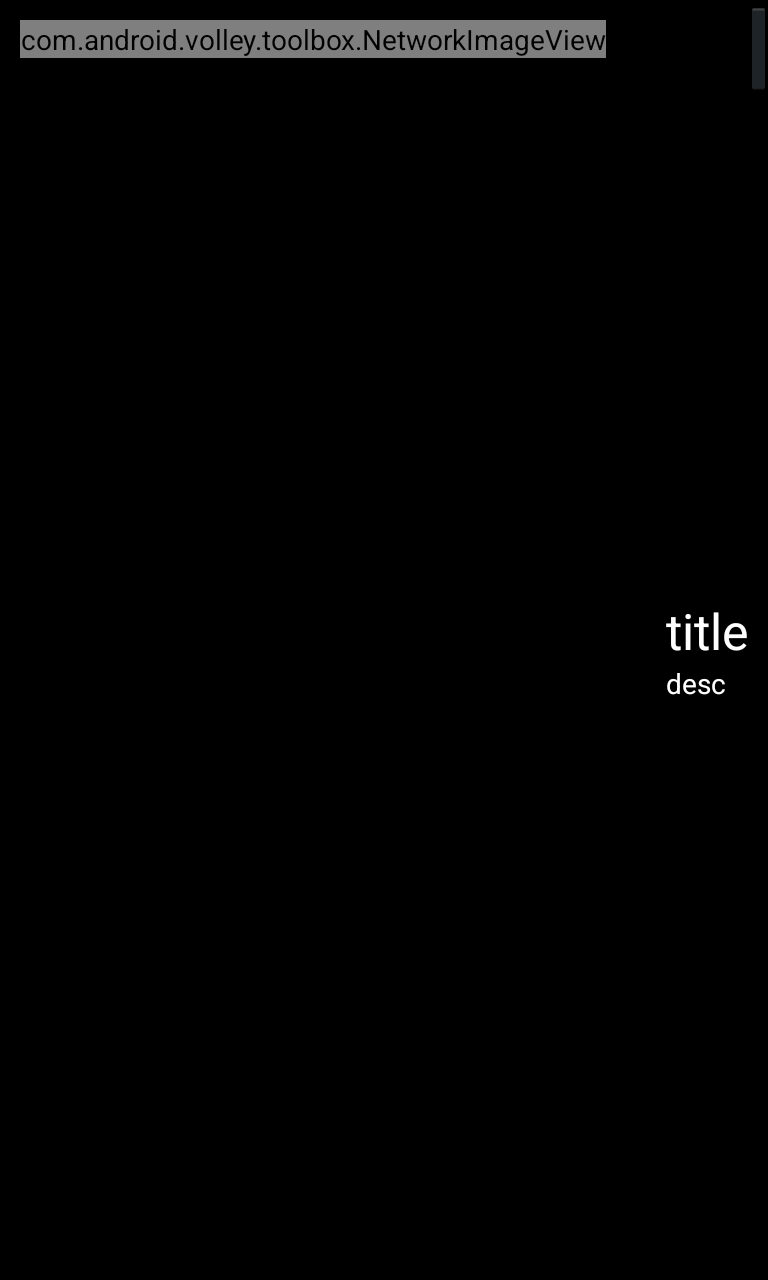
Repository: cnevinc/togather
Layout: GeorgeMe/res/layout/list_item_shop.xml
The author's editor kept a copy of each file at every save. The layout is drawn from the files as they stood at one save, then again after the next save.
Pictures or frames that could not be fetched are drawn as grey boxes. It is drawn on a 768 x 1280 px phone screen (xhdpi) without system bars, with theme android:Theme.Holo; the app's code is not run.

Above is the layout before, as saved 2014-07-26 16:32:52.

After the next save:
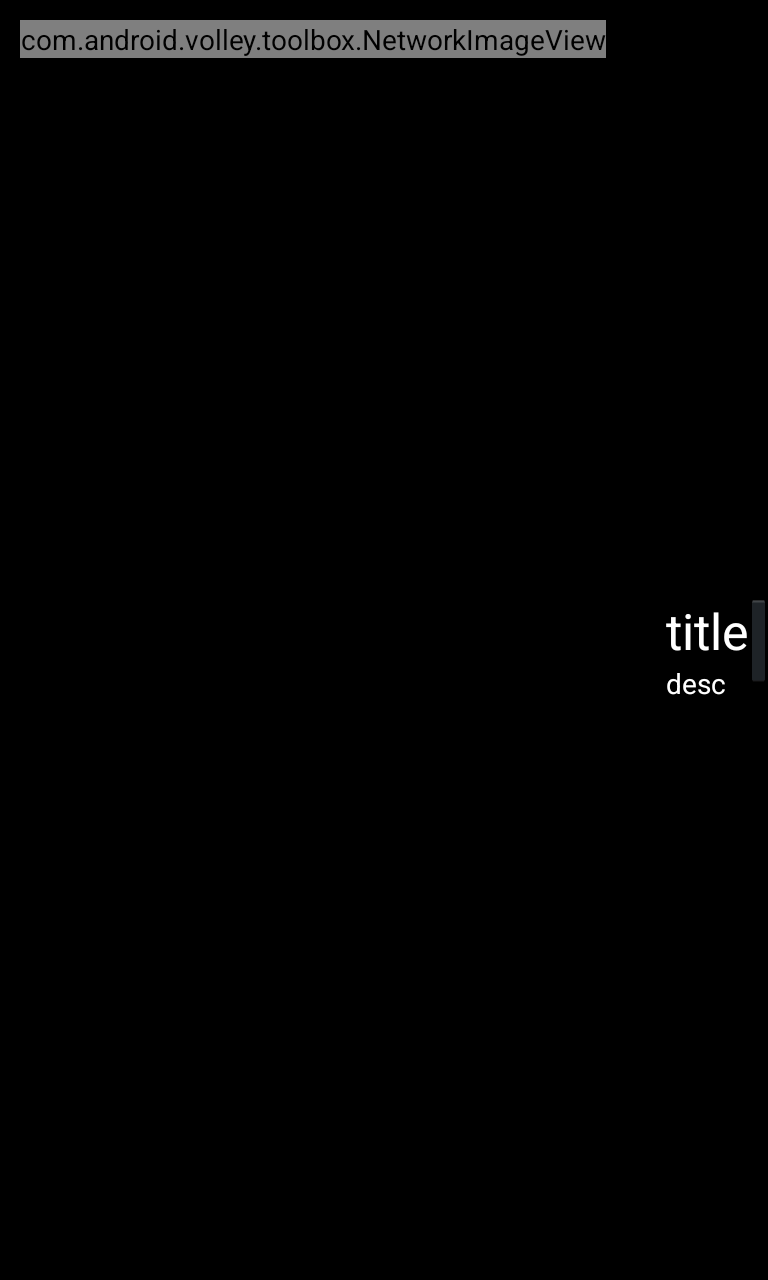
Saved 28 s later.
--- a/GeorgeMe/res/layout/list_item_shop.xml
+++ b/GeorgeMe/res/layout/list_item_shop.xml
@@ -15,14 +15,15 @@
             android:layout_height="wrap_content"
             android:layout_centerInParent="true"
             android:text="Name"
-            android:textSize="20sp"
-            android:textColor="#ffffff" />
+            android:textColor="#ffffff"
+            android:textSize="20sp" />
+
         <Button
             android:id="@+id/other_acgtion"
-            android:layout_toRightOf="@+id/other_info"
             android:layout_width="wrap_content"
             android:layout_height="wrap_content"
-        ></Button>
+            android:layout_toRightOf="@+id/other_info" >
+        </Button>
     </RelativeLayout>
 
     <RelativeLayout
@@ -62,9 +63,9 @@
                 android:layout_height="wrap_content"
                 android:layout_marginLeft="10dp"
                 android:layout_marginTop="10dp"
-                android:textSize="25sp"
                 android:text="title"
-                android:textColor="#ffffff" />
+                android:textColor="#ffffff"
+                android:textSize="25sp" />
 
             <TextView
                 android:id="@+id/desc"
@@ -74,13 +75,15 @@
                 android:layout_marginLeft="10dp"
                 android:text="desc"
                 android:textColor="#ffffff" />
-        </RelativeLayout><Button
+        </RelativeLayout>
+
+        <Button
             android:id="@+id/main_acgtion"
-            android:layout_toRightOf="@+id/relativeLayout1"
             android:layout_width="wrap_content"
+            android:layout_centerVertical="true"
             android:layout_height="wrap_content"
-        ></Button>
-
+            android:layout_toRightOf="@+id/relativeLayout1" >
+        </Button>
     </RelativeLayout>
 
 </FrameLayout>
